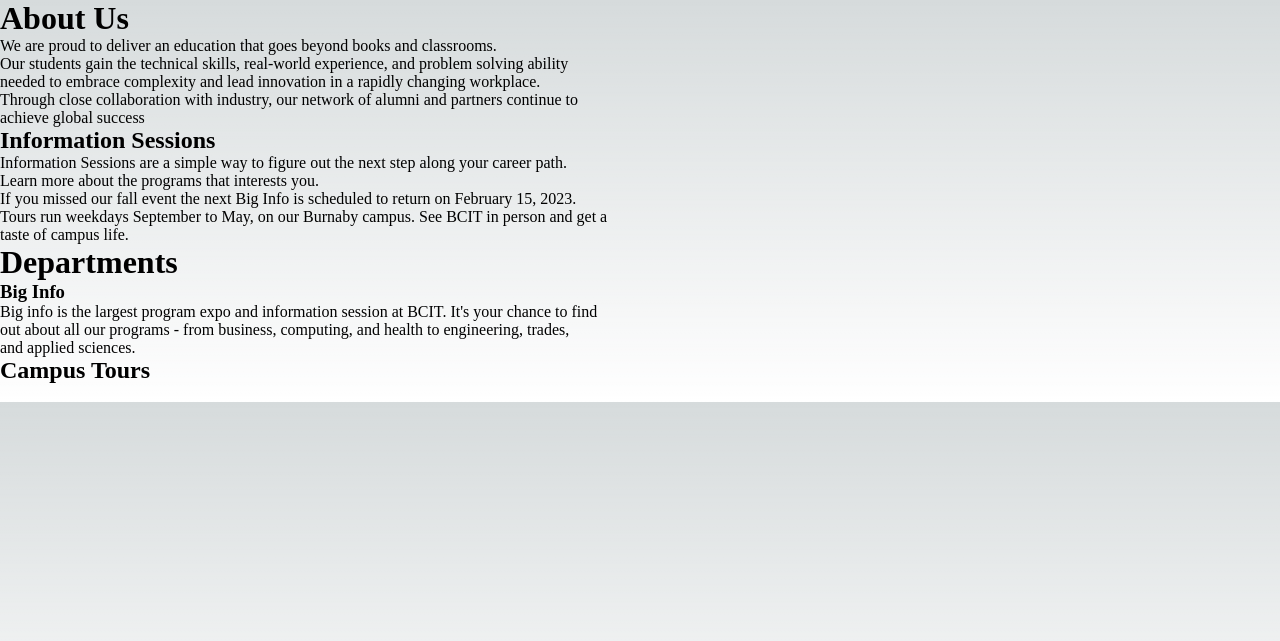
Repository: jennydmcm/assignment-1-playwright-site-A01338943
Page: /about
The author's editor kept a copy of each file at every save. The page is drawn from the files as they stood at one save, then again after the next save.
The browser window is 1280 px wide. The pictures show the whole page.
The project was rebuilt for these pictures with package versions that can differ from the ones it lists, and the page was loaded fresh each time. The framework's server and built-in components were replaced by stand-ins that run in the browser. Also part of the build but not shown: next.config.js, styles/About.module.css.

Above is the page before, as saved 2023-02-08 12:34:39.

After the next save:
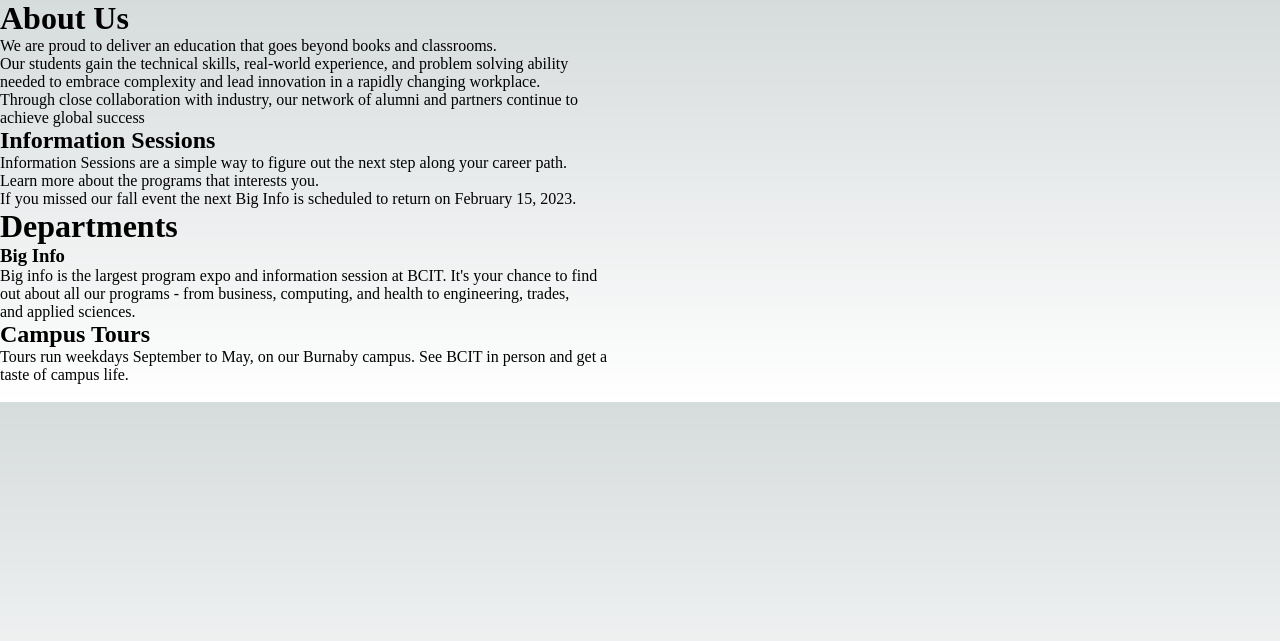
Saved 12 s later.
--- a/pages/about.js
+++ b/pages/about.js
@@ -51,11 +51,6 @@ export default function Home() {
               If you missed our fall event the next Big Info is scheduled to
               return on February 15, 2023.
             </p>
-            <p>
-              Tours run weekdays September to May, on our Burnaby campus. See
-              BCIT in person and get a<br></br>
-              taste of campus life.
-            </p>
           </div>
           <h1>Departments</h1>
           <div>
@@ -70,6 +65,11 @@ export default function Home() {
           </div>
           <div>
             <h2>Campus Tours</h2>
+            <p>
+              Tours run weekdays September to May, on our Burnaby campus. See
+              BCIT in person and get a<br></br>
+              taste of campus life.
+            </p>
           </div>
         </header>
       </main>
